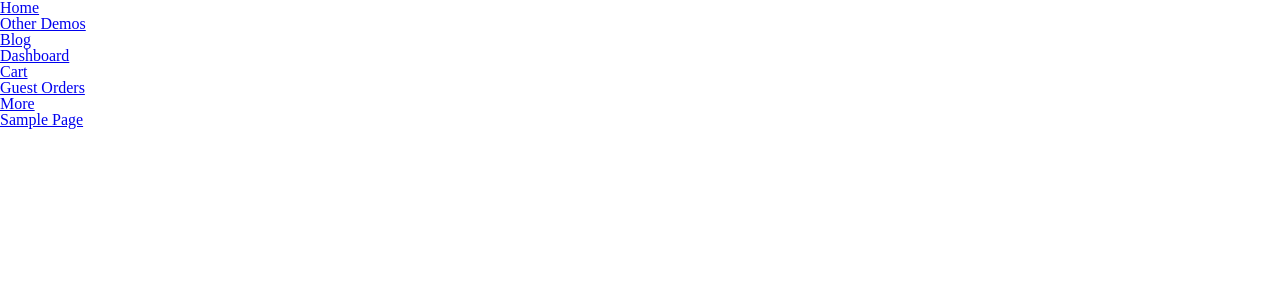
Repository: lannguyen1301/f8-zoom-day-5
Page: menu-enhanced.html
These files come from the project's save history. The page is drawn as it stood at one moment and after the next save; the edit follows.
The browser window is 1280 px wide. The pictures show the whole page.

Above is the page before, as saved 2025-04-21 12:51:16.
Not found: assets/css/navbar-style.css

After the next save:
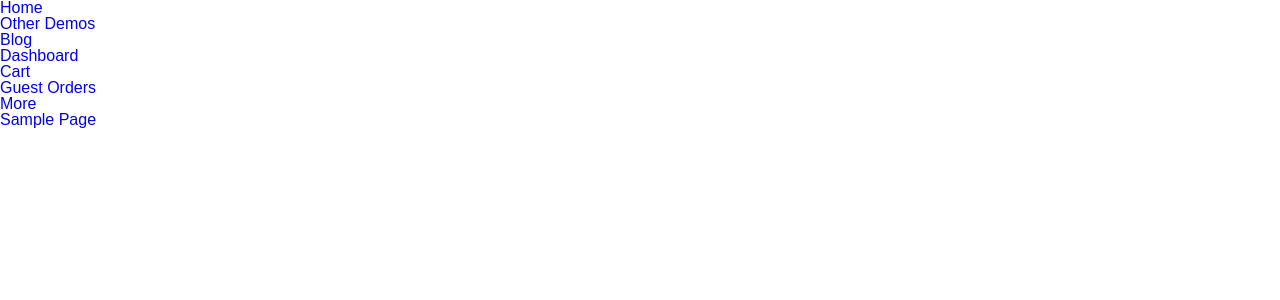
Saved 19 s later.
--- a/menu-enhanced.html
+++ b/menu-enhanced.html
@@ -6,7 +6,7 @@
     <meta name="viewport" content="width=device-width, initial-scale=1.0">
     <title>Menu</title>
     <link rel="stylesheet" href="./assets/css/reset.css">
-    <link rel="stylesheet" href="./assets/css/navbar-style.css">
+    <link rel="stylesheet" href="./assets/css/style.css">
 </head>
 
 <body>
